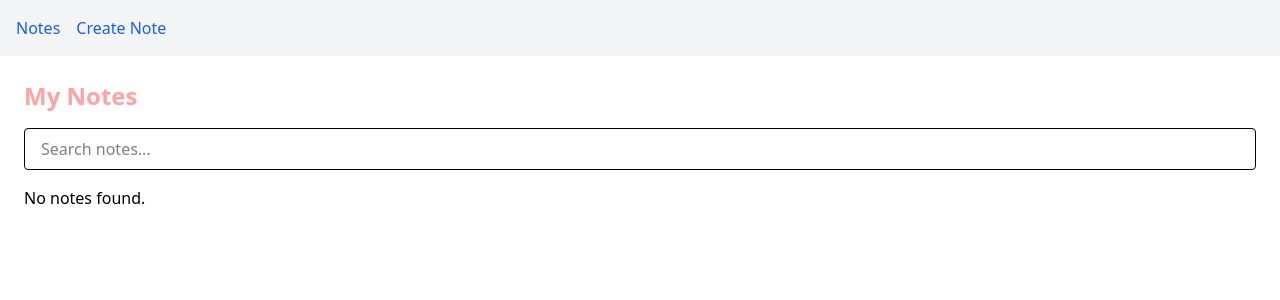
Repository: pin-seavmuy/NoteApplication
Page: / (app in note-vue/)
These files come from the project's save history. The page is drawn as it stood at one moment and after the next save; the edit follows.
The browser window is 1280 px wide. The pictures show the whole page.
The page's requests for data from a server got no answer. The project was rebuilt for these pictures with package versions that can differ from the ones it lists, and the page was loaded fresh each time. No one was signed in, and anything a server would have sent is missing. Also part of the build but not shown: note-vue/vite.config.ts, note-vue/src/components/CreateNote.vue, note-vue/src/components/NoteDetail.vue, note-vue/src/components/UpdateNote.vue.

Above is the page before, as saved 2025-09-16 09:27:22.

### note-vue/src/main.ts
// import { createApp } from 'vue'
// import './style.css'
// import App from './App.vue'

// createApp(App).mount('#app')


import { createApp } from 'vue'
import App from './App.vue'
import router from './router'
import './style.css'

const app = createApp(App)
app.use(router)
app.mount('#app')

### note-vue/src/App.vue
<script setup lang="ts">
  import HelloWorld from './components/HelloWorld.vue'
  import NotesList from './components/NotesList.vue'
</script>

<!-- <template>
  <div>
    <HelloWorld msg="Vite + Vue" />
    <NotesList />
  </div>
</template> -->

<template>
  <div>
    <nav class="p-4 bg-gray-100 flex space-x-4">
      <router-link to="/" class="text-blue-600 hover:underline">Notes</router-link>
      <router-link to="/create" class="text-blue-600 hover:underline">Create Note</router-link>
    </nav>

    <router-view />
  </div>
</template>

<style scoped>
</style>

### note-vue/src/router/index.ts
import { createRouter, createWebHistory } from 'vue-router'

import NotesList from '../components/NotesList.vue'
import CreateNote from '../components/CreateNote.vue'
import NoteDetail from '../components/NoteDetail.vue'
import UpdateNote from '../components/UpdateNote.vue'

const routes = [
  {
    path: '/',
    name: 'NotesList',
    component: NotesList,
  },
  {
    path: '/create',
    name: 'CreateNote',
    component: CreateNote,
  },
  {
    path: '/notes/:id',
    name: 'NoteDetail',
    component: NoteDetail,
    props: true,
  },
    {
    path: '/notes/:id/edit',
    name: 'UpdateNote',
    component: UpdateNote,
    props: true
    }
]

const router = createRouter({
  history: createWebHistory(),
  routes,
})

export default router

### note-vue/src/components/NotesList.vue
<template>
  <div class="p-6">
    <h1 class="text-2xl text-red-300 font-bold mb-4">My Notes</h1>

    <input
      v-model="search"
      type="text"
      placeholder="Search notes..."
      class="px-4 py-2 border rounded w-full mb-4"
    />

    <div v-if="loading">Loading...</div>
    <div v-else-if="filteredNotes.length === 0">No notes found.</div>

    <div v-else class="space-y-4">
      <div
        v-for="note in filteredNotes"
        :key="note.id"
        @click="goToEdit(note.id)"
        class="p-4 border rounded shadow hover:bg-gray-50 cursor-pointer"
      >
        <h2 class="font-semibold">{{ note.title }}</h2>
        <p class="text-sm text-gray-500">{{ formatDate(note.createdAt) }}</p>
        <p class="mt-2 text-gray-700">{{ note.content }}</p>
      </div>
    </div>
  </div>
</template>

<script setup lang="ts">
import { ref, computed, onMounted } from 'vue'
import { useRouter } from 'vue-router'
import api from '../api/axios'

interface Note {
  id: number
  title: string
  content: string | null
  createdAt: string
}

const notes = ref<Note[]>([])
const loading = ref(false)
const search = ref('')
const router = useRouter()

async function fetchNotes() {
  loading.value = true
  try {
    const res = await api.get('/Notes')
    console.log('Fetched notes:', res.data)
    notes.value = res.data as Note[]
  } catch (error) {
    console.error('Error fetching notes:', error)
  } finally {
    loading.value = false
  }
}

const filteredNotes = computed(() =>
  notes.value.filter(note =>
    note.title.toLowerCase().includes(search.value.toLowerCase())
  )
)

function formatDate(dateStr: string) {
  return new Date(dateStr).toLocaleString()
}

function goToDetail(id: number) {
  router.push(`/notes/${id}`)
}

onMounted(fetchNotes)
</script>

### note-vue/src/api/axios.ts
import axios from 'axios'

const api = axios.create({
  baseURL: 'http://localhost:5258/api',
})

export default api;

Loaded but not shown: note-vue/index.html (common file); note-vue/src/style.css (common file)

After the next save:
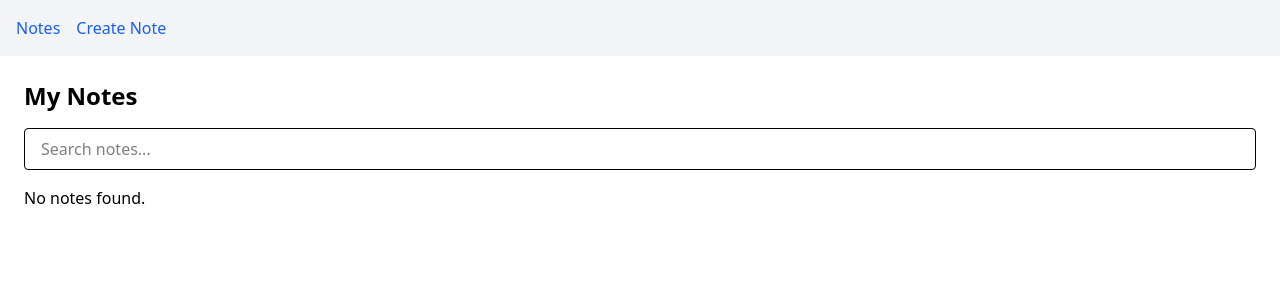
Saved 2 min 30 s later.
--- a/note-vue/src/components/NotesList.vue
+++ b/note-vue/src/components/NotesList.vue
@@ -1,6 +1,6 @@
 <template>
   <div class="p-6">
-    <h1 class="text-2xl text-red-300 font-bold mb-4">My Notes</h1>
+    <h1 class="text-2xl font-bold mb-4">My Notes</h1>
 
     <input
       v-model="search"
@@ -16,12 +16,20 @@
       <div
         v-for="note in filteredNotes"
         :key="note.id"
-        @click="goToEdit(note.id)"
-        class="p-4 border rounded shadow hover:bg-gray-50 cursor-pointer"
+        class="p-4 border rounded shadow hover:bg-gray-100 cursor-pointer"
       >
-        <h2 class="font-semibold">{{ note.title }}</h2>
+        <h2 class="font-semibold" @click="goToDetail(note.id)">{{ note.title }}</h2>
         <p class="text-sm text-gray-500">{{ formatDate(note.createdAt) }}</p>
-        <p class="mt-2 text-gray-700">{{ note.content }}</p>
+        <div class="mt-2 flex space-x-2">
+          <!-- Edit link/button -->
+          <button
+            class="text-blue-500 hover:underline"
+            @click.stop="goToEdit(note.id)"
+          >
+            Edit
+          </button>
+          <!-- or clicking the whole card could go to detail -->
+        </div>
       </div>
     </div>
   </div>
@@ -37,6 +45,7 @@ interface Note {
   title: string
   content: string | null
   createdAt: string
+  updatedAt?: string | null
 }
 
 const notes = ref<Note[]>([])
@@ -48,13 +57,20 @@ async function fetchNotes() {
   loading.value = true
   try {
     const res = await api.get('/Notes')
-    console.log('Fetched notes:', res.data)
     notes.value = res.data as Note[]
   } catch (error) {
     console.error('Error fetching notes:', error)
   } finally {
     loading.value = false
   }
+}
+
+function goToDetail(id: number) {
+  router.push({ name: 'NoteDetail', params: { id } })
+}
+
+function goToEdit(id: number) {
+  router.push({ name: 'UpdateNote', params: { id } })
 }
 
 const filteredNotes = computed(() =>
@@ -67,9 +83,5 @@ function formatDate(dateStr: string) {
   return new Date(dateStr).toLocaleString()
 }
 
-function goToDetail(id: number) {
-  router.push(`/notes/${id}`)
-}
-
 onMounted(fetchNotes)
 </script>
